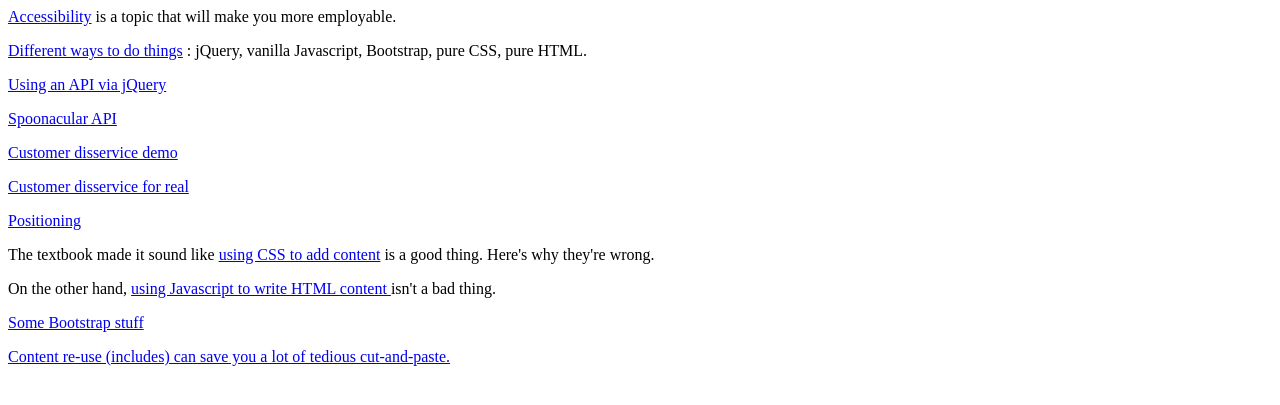
Repository: alboss/bit-175
Page: docs/nav.html
An editor plug-in stored every save of this project. The page is shown before and after the next save, followed by the edit.
The browser window is 1280 px wide. The pictures show the whole page.

Above is the page before, as saved 2023-05-10 17:02:04.

### docs/nav.html
<p>
  <a href="./a11y.html">Accessibility</a>
  is a topic that will make you more employable.
</p>
<p>
  <a href="./choices/">Different ways to do things</a>
  : jQuery, vanilla Javascript, Bootstrap, pure CSS, pure HTML.
</p>
<p><a href=./api.html">Using an API via jQuery</a></p>
<p><a href="./spoonacular-api/index.html">Spoonacular API</a></p>
<p><a href="./customer-service-demo.html">Customer disservice demo</a></p>
<p><a href="./customer-service.html">Customer disservice for real</a></p>
<p><a href="./positioning.html">Positioning</a></p>
<p>
  The textbook made it sound like
  <a href="./css-is-not-content.html">using CSS to add content</a>
  is a good thing. Here's why they're wrong.
</p>
<p>
  On the other hand,
  <a href="./includes/js-write-html.html">
    using Javascript to write HTML content
  </a>
  isn't a bad thing.
</p>
<p><a href="./bootstrap/">Some Bootstrap stuff</a></p>
<p>
  <a href="./includes/index.html">
    Content re-use (includes) can save you a lot of tedious cut-and-paste.
  </a>
</p>

After the next save:
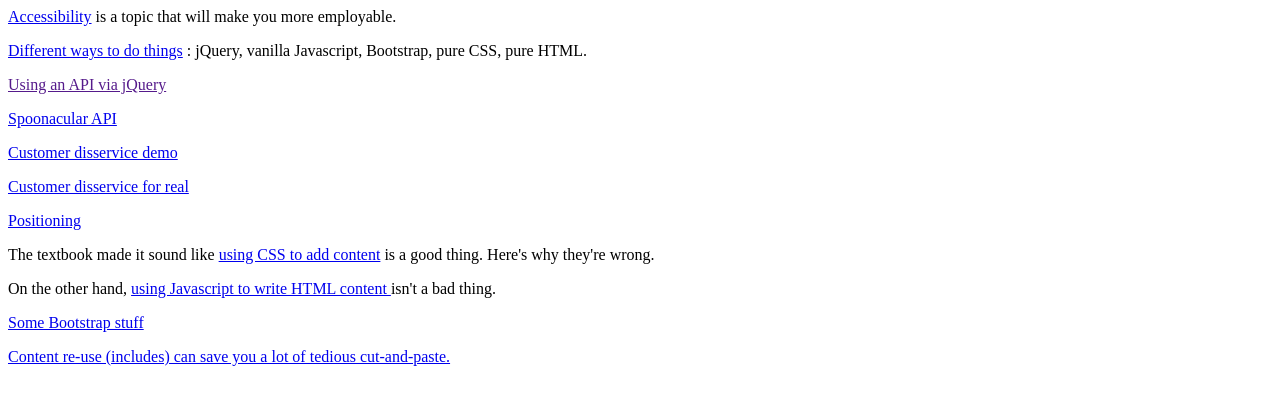
Saved 41 s later.
--- a/docs/nav.html
+++ b/docs/nav.html
@@ -6,7 +6,7 @@
   <a href="./choices/">Different ways to do things</a>
   : jQuery, vanilla Javascript, Bootstrap, pure CSS, pure HTML.
 </p>
-<p><a href=./api.html">Using an API via jQuery</a></p>
+<p><a href=""./api.html">Using an API via jQuery</a></p>
 <p><a href="./spoonacular-api/index.html">Spoonacular API</a></p>
 <p><a href="./customer-service-demo.html">Customer disservice demo</a></p>
 <p><a href="./customer-service.html">Customer disservice for real</a></p>
